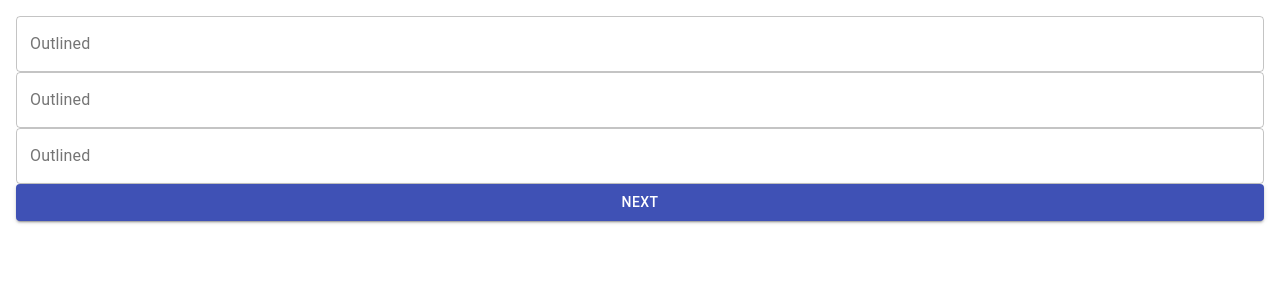
Repository: chathuraedirisingh/rr
Page: /
An editor plug-in stored every save of this project. The page is shown before and after the next save, followed by the edit.
The browser window is 1280 px wide. The pictures show the whole page.
The project was rebuilt for these pictures with package versions that can differ from the ones it lists, and the page was loaded fresh each time.

Above is the page before, as saved 2019-12-17 23:23:47.

### src/App.js
import React, { Component } from 'react'
import UserForm from './components/UserForm'

export default class App extends Component {
  render() {
    return (
      <UserForm />
    )
  }
}

### src/components/UserForm.js
import React, { Component } from 'react'
import FormPersonalDetails from './FormPersonalDetails';

export default class UserForm extends Component {
    state = {
        step: 1,
        firstname: "",
        middlename: "",
        lastname: "",
        birthday: {},
        ssn: "",
        email: "",
        phone: "",
        address: "",
        city: "",
        state: "",
        zip: "",
        employed: "",
        employer_name: "",
        job_title: "",
        emp_phone: "",
        income: "",
        start_date: "",
        income_ext: ""
    };

    nextStep = () => {
        const { step } = this.state;
        this.setState({
            step: step + 1
        });
        console.log(this.state);
    };

    prevStep = () => {
        const { step } = this.state;
        this.setState({
            step: step + 1
        });
    };

    handleChange = input => e => {
        this.setState({
            [input]: e.target.value
        });
    };

    render() {
        const { step } = this.state;
        const {
            firstname,
            middlename,
            lastname,
            birthday,
            ssn,

            email,
            phone,
            address,
            city,
            state,
            zip,

            employed,
            employer_name,
            job_title,
            emp_phone,
            income,
            start_date,
            income_ext
        } = this.state;

        const values = {
            firstname,
            middlename,
            lastname,
            birthday,
            ssn,
            email,
            phone,
            address,
            city,
            state,
            zip,
            employed,
            employer_name,
            job_title,
            emp_phone,
            income,
            start_date,
            income_ext
        };

        switch (step) {
            case 1:
                return (
                    <FormPersonalDetails
                        nextStep={this.nextStep}
                        handleChange={this.handleChange}
                        values={values}
                    />
                )
        }

        return (
            <div>

            </div>
        )
    }
}

### src/components/FormPersonalDetails.js
import React, { Component } from 'react'
import { makeStyles, ThemeProvider } from '@material-ui/core/styles';
import TextField from '@material-ui/core/TextField';
import { Box, Button } from '@material-ui/core';

export default class FormPersonalDetails extends Component {
    continue = e => {
        e.preventDefault();
        this.props.nextStep();
    };
    render() {
        const { values, handleChange } = this.props;
        return (
            <ThemeProvider>
                <React.Fragment>
                    <div style={{ width: '100%' }}>
                        <Box display="flex"
                            flexDirection="column"
                            p={1} m={1}
                            bgcolor="background.paper">
                            <TextField
                                id="outlined-basic"
                                label="Outlined"
                                variant="outlined"
                                hintText="First Name"
                                floatingLabelText="First Name"
                                onChange={handleChange('firstname')}
                                defaultValue={values.firstname} />
                            <TextField
                                id="outlined-basic"
                                label="Outlined"
                                variant="outlined"
                                hintText="First Name"
                                floatingLabelText="First Name"
                                onChange={handleChange('middlename')}
                                defaultValue={values.firstname} />
                            <TextField
                                id="outlined-basic"
                                label="Outlined"
                                variant="outlined"
                                hintText="First Name"
                                floatingLabelText="First Name"
                                onChange={handleChange('lastname')}
                                defaultValue={values.firstname} />
                            <Button
                                variant="contained"
                                color="primary"
                                href="#contained-buttons"
                                onClick={this.continue} >Next</Button>
                        </Box>

                    </div>
                </React.Fragment>
            </ThemeProvider>
        )
    }
}

Loaded but not shown: public/index.html (common file); src/index.js (common file); src/index.css (common file); src/serviceWorker.js (common file)

After the next save:
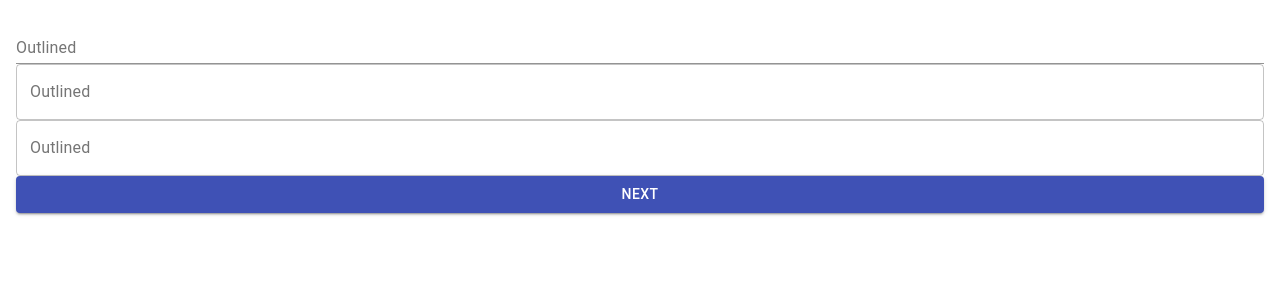
Saved 10 s later.
--- a/src/components/FormPersonalDetails.js
+++ b/src/components/FormPersonalDetails.js
@@ -21,7 +21,6 @@
                             <TextField
                                 id="outlined-basic"
                                 label="Outlined"
-                                variant="outlined"
                                 hintText="First Name"
                                 floatingLabelText="First Name"
                                 onChange={handleChange('firstname')}

After the save that followed:
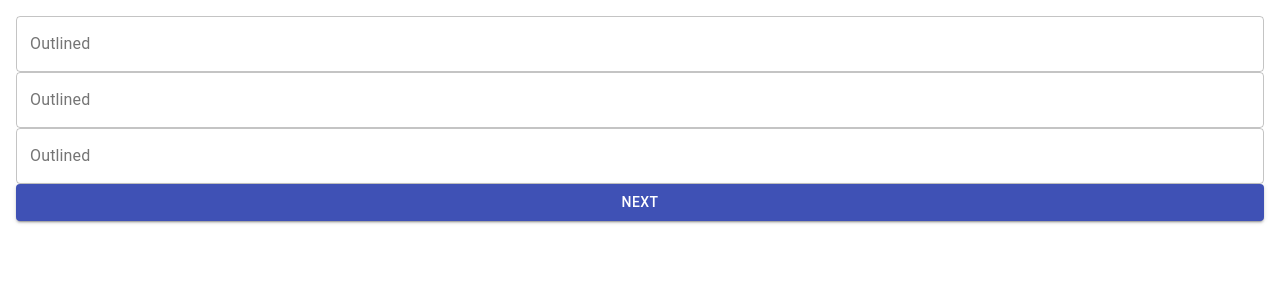
Saved 5 s later.
--- a/src/components/FormPersonalDetails.js
+++ b/src/components/FormPersonalDetails.js
@@ -21,6 +21,7 @@
                             <TextField
                                 id="outlined-basic"
                                 label="Outlined"
+                                variant="outlined"
                                 hintText="First Name"
                                 floatingLabelText="First Name"
                                 onChange={handleChange('firstname')}
